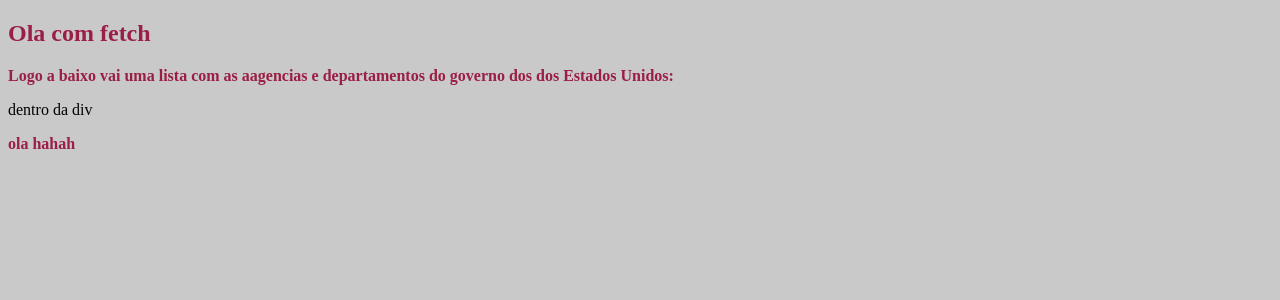
Repository: gustavo-eng/usaJobs
Page: index.html
An editor plug-in stored every save of this project. The page is shown before and after the next save, followed by the edit.
The browser window is 1280 px wide. The pictures show the whole page.
The page's requests for data from a server got no answer.

Above is the page before, as saved 2023-01-08 16:30:48.

### index.html
<!DOCTYPE html>
<html lang="en">
<head>
    <meta charset="UTF-8">
    <meta http-equiv="X-UA-Compatible" content="IE=edge">
    <meta name="viewport" content="width=device-width, initial-scale=1.0">
    <link rel="stylesheet" href="./index.css">
    <title>FrontEnd</title>
</head>
<body>
    <h2>Ola com fetch</h2>
    <p>Logo a baixo vai uma lista com as aagencias e departamentos do governo dos
        dos Estados Unidos:
    </p>
    <div>

    </div>
    <script>
        let a = []
        fetch('https://data.usajobs.gov/api/codelist/agencysubelements')
            .then(res => res.json())
            .then((dados) =>  {
                const a = dados.CodeList[0].ValidValue
                return console.log(dados.CodeList[0].ValidValue)
            })




        document.querySelector('div').innerHTML = 'dentro da div '
        const paragrafo = document.createElement("p")
        paragrafo.innerText = 'ola hahah'
        document.body.appendChild(paragrafo)






    </script>
</body>
</html>

### index.css
h2, p  {
    color: rgb(154, 30, 69);
    font-weight: 900;
}

body {
    background-color: rgb(201, 201, 201);
}

After the next save:
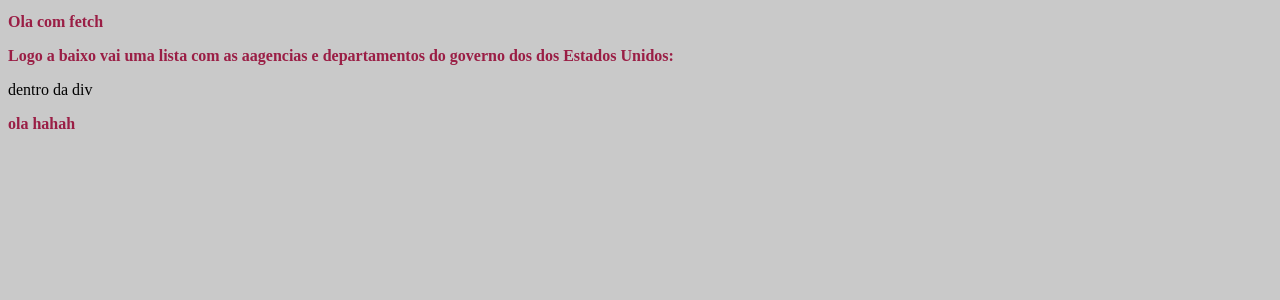
Saved 4 s later.
--- a/index.css
+++ b/index.css
@@ -1,6 +1,7 @@
 h2, p  {
     color: rgb(154, 30, 69);
     font-weight: 900;
+    font-size: medium;
 }
 
 body {
